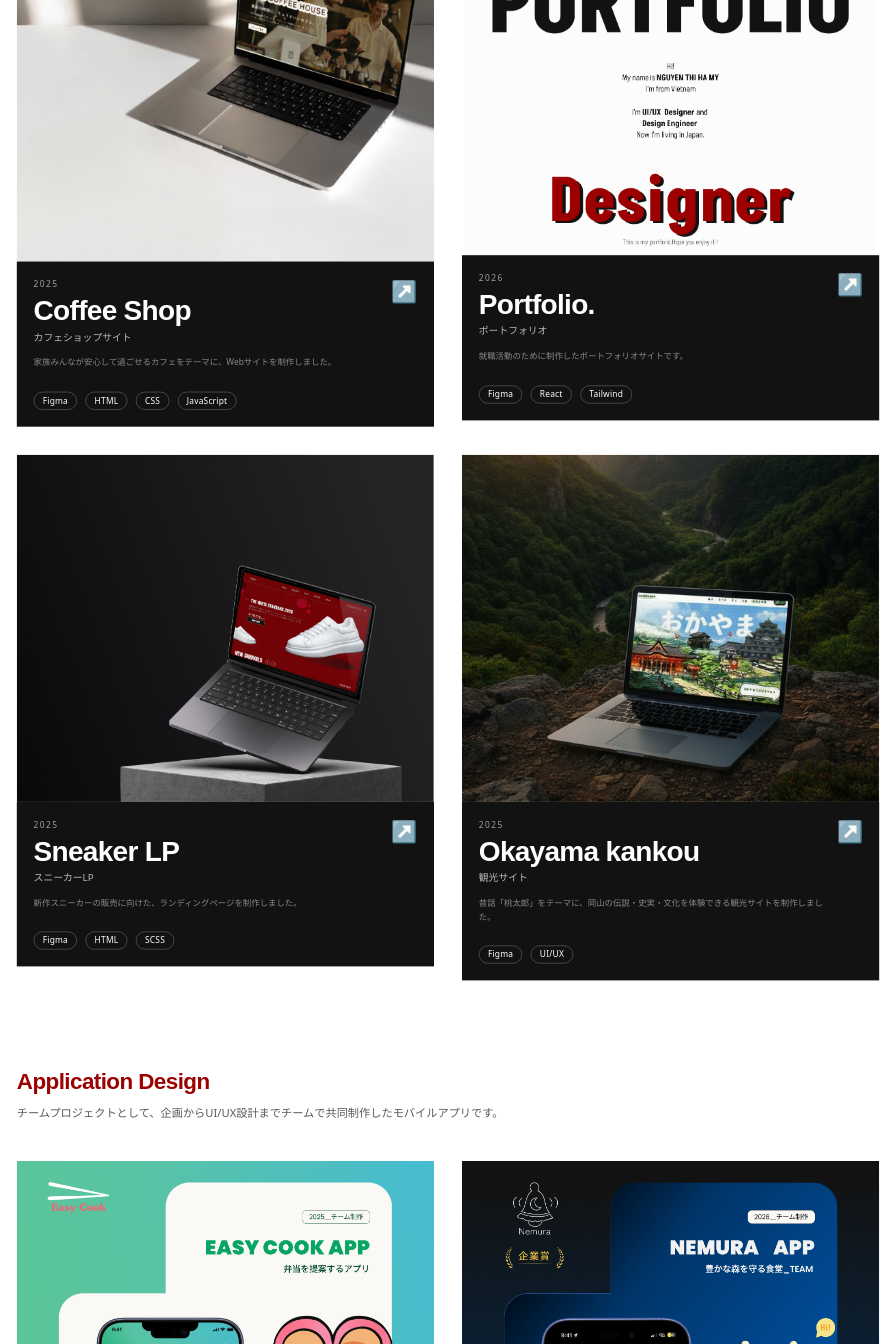
Repository: meme2603/Portfolio-HaMy
Page: / (app in my-portfolio/)
An editor plug-in stored every save of this project. The page is shown before and after the next save, followed by the edit.
The browser window is 1280 px wide. The pictures show the part of the page from y = 2121 to 4041 px (the page is 6210 px tall before and 5791 px after), at 70% of full size.
Some web fonts or font styles are not loaded; a fallback is used. The project was rebuilt for these pictures with package versions that can differ from the ones it lists, and the page was loaded fresh each time. Also part of the build but not shown: my-portfolio/vite.config.js, my-portfolio/src/pages/ProjectDetail.jsx.

Above is the page before, as saved 2026-06-12 15:30:34.

### my-portfolio/index.html
<!doctype html>
<html lang="ja">
  <head>
    <meta charset="UTF-8" />

    <link rel="icon" type="image/png" href="/memex2.png" />
    <meta name="viewport" content="width=device-width, initial-scale=1.0" />
    <title>My Portfolio</title>
    <link
      rel="stylesheet"
      href="https://fonts.googleapis.com/css2?family=Material+Symbols+Outlined:opsz,wght,FILL,GRAD@24,250,0,0"
    />
    <link rel="preconnect" href="https://fonts.googleapis.com" />
    <link rel="preconnect" href="https://fonts.gstatic.com" crossorigin />
    <link
      href="https://fonts.googleapis.com/css2?family=Akshar:wght@300..700&family=Poppins:wght@300;400;600;700&display=swap"
      rel="stylesheet"
    />
  </head>
  <body>
    <div id="root"></div>

    <script type="module" src="/src/main.jsx"></script>
  </body>
</html>

### my-portfolio/src/main.jsx
import React from "react";
import ReactDOM from "react-dom/client";
import App from "./App";
import "./index.css";

ReactDOM.createRoot(document.getElementById("root")).render(
  <React.StrictMode>
    <App />
  </React.StrictMode>,
);

### my-portfolio/src/App.jsx
// import React from "react";
import { BrowserRouter as Router, Routes, Route } from "react-router-dom";

import Header from "./components/Header";
import Hero from "./components/Hero";
import About from "./components/About";
import Projects from "./components/Projects";
import Skills from "./components/Skills";
import Contact from "./components/Contact";
import ProjectDetail from "./pages/ProjectDetail";
function Home() {
  return (
    <>
      <Hero />
      <About />
      <Projects />
      <Skills />
      <Contact />
    </>
  );
}

function App() {
  return (
    <Router>
      <div className="App">
        <Header />

        {/* Routes điều hướng: Ở trang nào thì lôi component đó ra */}
        <Routes>
          {/* Khi ở đường dẫn mặc định "/", hiển thị toàn bộ trang chủ */}
          <Route path="/" element={<Home />} />

          {/* Khi click vào project, nhảy sang trang chi tiết tạm thời này */}
          <Route path="/project/:id" element={<ProjectDetail />} />
        </Routes>
      </div>
    </Router>
  );
}

export default App;

### my-portfolio/src/index.css
@import "tailwindcss";
@theme {
  --color-primary: #9c0000;
  --color-background: #fff;
  --color-font: #121212;

  --opacity-overlay: 0.65;
  --opacity-glass: 0.1;

  --font-poppins: "Poppins", sans-serif;
  --font-akshar: "Akshar", sans-serif;
}
html {
  scroll-behavior: smooth;
}

### my-portfolio/src/components/Header.jsx
import { useState } from "react";
function MenuItem({ text }) {
  return (
    <li>
      <a
        href={`#${text.toLowerCase()}`}
        className="text-primary text-xl relative group transition-colors"
      >
        {text}
        <span
          className="
            absolute left-0 -bottom-[4px] w-0 h-[1px] bg-primary
            transition-all duration-300 group-hover:w-full
          "
        ></span>
      </a>
    </li>
  );
}

function Header() {
  const [isOpen, setIsOpen] = useState(false);
  const menuItems = ["About", "Projects", "Contact"];
  return (
    <header className="fixed top-0 left-0 w-full h-20 bg-background border-b border-gray-300 z-60">
      <div className="max-w-7xl mx-auto h-full px-6 flex justify-between items-center">
        <div className="shrink-0">
          <a
            href="/"
            className="text-4xl text-primary font-semibold font-akshar"
          >
            HA MY
          </a>
        </div>

        <nav className="hidden lg:block">
          <ul className="flex space-x-10">
            {menuItems.map((item) => (
              <MenuItem key={item} text={item} />
            ))}
          </ul>
        </nav>

        <button
          onClick={() => setIsOpen(!isOpen)}
          className="block lg:hidden text-primary focus:outline-none z-50"
          aria-label="Menu"
        >
          <svg
            xmlns="http://www.w3.org/2000/svg"
            className="h-8 w-8"
            fill="none"
            viewBox="0 0 24 24"
            stroke="currentColor"
          >
            <path
              strokeLinecap="round"
              strokeLinejoin="round"
              strokeWidth="2"
              d={isOpen ? "M6 18L18 6M6 6l12 12" : "M4 6h16M4 12h16M4 18h16"}
            />
          </svg>
        </button>

        <div
          className={`
            absolute top-24 left-0 w-full bg-background border-b border-gray-300
            flex flex-col items-center shadow-lg lg:hidden
            overflow-hidden transition-all duration-700 ease-in-out
            ${isOpen ? "max-h-96 opacity-100 py-8 space-y-6" : "max-h-0 opacity-0 py-0 space-y-0 border-none"}
          `}
        >
          <div className="flex flex-col items-center w-full py-6 space-y-6">
            <a
              href="#about"
              onClick={() => setIsOpen(false)}
              className="text-primary text-2xl transition-opacity duration-700"
            >
              About
            </a>
            <a
              href="#projects"
              onClick={() => setIsOpen(false)}
              className="text-primary text-2xl transition-opacity duration-700"
            >
              Projects
            </a>
            <a
              href="#contact"
              onClick={() => setIsOpen(false)}
              className="text-primary text-2xl transition-opacity duration-700"
            >
              Contact
            </a>
          </div>
        </div>
      </div>
    </header>
  );
}

export default Header;

### my-portfolio/src/components/Hero.jsx
import avatarImg from "../assets/avatar.png";

function Hero() {
  return (
    // Giữ nguyên cấu trúc ẩn phần thừa của bà
    <section className="relative w-full h-[calc(100vh-88px)] mt-24 bg-background overflow-hidden flex flex-col items-center justify-between pb-4">
      {/* 1. CHỮ PORTFOLIO TRÊN CÙNG */}
      <div className="w-full pt-4 z-20 shrink-0">
        <h1
          className="
            text-[80px]
            md:text-[130px]
            lg:text-[200px]
            font-bold
            font-akshar
            text-center
            leading-[0.7]
            text-font
            tracking-tighter
          "
        >
          PORTFOLIO
        </h1>
      </div>

      {/* 2. KHỐI GIỮA: THÊM flex-1 VÀ min-h-0 ĐỂ ÉP ĐỐNG NÀY TỰ CO GIÃN THÔNG MINH */}
      <div className="relative w-full max-w-[1440px] flex flex-col md:flex-row items-center md:items-end justify-center z-30">
        {/* LEFT */}
        <div className="flex-1 flex justify-center pb-8 md:pb-48 lg:pb-64">
          <div className="flex flex-col items-center text-center space-y-2">
            <p className="text-sm md:text-base lg:text-lg font-poppins">Hi!</p>
            <p className="text-sm md:text-base lg:text-lg font-poppins">
              My name is{" "}
              <span className="font-semibold text-base md:text-lg lg:text-xl font-poppins">
                NGUYEN THI HA MY
              </span>
            </p>
            <p className="text-base md:text-lg lg:text-xl font-light">
              I'm from VietNam
            </p>
          </div>
        </div>

        {/* AVATAR: Trả lại chiều cao gốc lg:h-[601px] to vật vã như cũ */}
        <div className="relative flex justify-center shrink-0 mb-4">
          <img
            src={avatarImg}
            alt="Ha My"
            className="
              block
              h-[300px]
              md:h-[550px]
              lg:h-[650px]
              object-cover

            "
          />
        </div>

        {/* RIGHT */}
        <div className="flex-1 flex justify-center pb-8 md:pb-48 lg:pb-64">
          <div className="flex flex-col text-center space-y-2">
            <p className="text-base md:text-lg lg:text-xl font-light">
              I'm{" "}
              <span className="font-semibold text-base md:text-lg lg:text-xl">
                UI/UX Designer
              </span>{" "}
              and
            </p>
            <p className="text-base md:text-lg lg:text-xl font-semibold font-poppins">
              Design Engineer
            </p>
            <p className="text-sm md:text-base lg:text-lg font-light font-poppins">
              Now I'm living in Japan.
            </p>
          </div>
        </div>
      </div>

      {/* 3. THANH ĐEN ĐÁY TRANG */}
      <div className="absolute h-14 bottom-0 left-0 w-full bg-font py-3 md:py-4 z-40"></div>

      {/* 4. CHỮ DESIGNER CỐ ĐỊNH Ở ĐÁY */}
      <div className="relative w-full mt-0 md:mt-0 lg:-mt-40 z-40 pointer-events-none">
        <div className="relative flex justify-center leading-none">
          <span
            className="
              absolute
              inset-0
              flex
              justify-center
              translate-x-[4px]
              translate-y-[4px]
              text-[60px]
              sm:text-[80px]
              md:text-[110px]
              lg:text-[180px]
              font-bold
              font-akshar
              tracking-tighter
              text-font
            "
          >
            Designer
          </span>

          <h2
            className="
              relative
              text-[60px]
              sm:text-[80px]
              md:text-[110px]
              lg:text-[180px]
              font-bold
              font-akshar
              tracking-tighter
              text-primary
            "
          >
            Designer
          </h2>
        </div>
      </div>
    </section>
  );
}

export default Hero;

### my-portfolio/src/components/About.jsx
import aboutImg from "../assets/about.jpg";
function About() {
  return (
    <section
      id="about"
      className="relative w-full h-auto py-24 bg-background overflow-hidden mt-16"
    >
      <div className="max-w-7xl mx-auto px-6 md:px-10">
        {/* TITLE */}
        <div className="mb-16">
          <h1 className="text-5xl md:text-6xl lg:text-7xl font-bold font-akshar text-font leading-none">
            ABOUT ME
          </h1>

          <div className="w-[80px] md:w-[100px] lg:w-[120px] lg:h-[6px] md:h-[5px] h-[4px] bg-primary mt-1"></div>
        </div>

        {/* CONTENT */}
        <div className="flex flex-col lg:flex-row items-center lg:items-start gap-16">
          {/* LEFT */}
          <div className="w-full lg:w-[380px] shrink-0">
            <div className="bg-white rounded-2xl shadow-md p-5">
              <img
                src={aboutImg}
                alt="About Me"
                className="w-full  h-[300px] object-cover rounded-xl"
              />

              <div className="mt-5">
                <h2 className="text-3xl font-akshar font-bold tracking-wide text-font">
                  NGUYEN THI HA MY
                </h2>

                <p className="text-font/70 text-lg mt-1">2001.03.30</p>
              </div>

              <div className="flex gap-3 mt-6">
                <span className="border border-font rounded-full px-4 py-2 text-sm">
                  UI/UX Designer
                </span>

                <span className="border border-font rounded-full px-4 py-2 text-sm">
                  Design Engineer
                </span>
              </div>
            </div>
          </div>

          {/* RIGHT */}
          <div className="flex-1 max-w-[760px]">
            <h2 className="text-2xl md:text-3xl font-semibold font-akshar text-primary tracking-[4px] mb-8">
              PROFILE!!
            </h2>

            <div className="space-y-6 text-font leading-[2.2] text-sm md:text-base lg:text-lg">
              <p>
                ベトナム出身の
                <span className="font-semibold">
                  グエン ティ ハ ミー（ NGUYEN THI HA MY）
                </span>
                です。
              </p>

              <p>
                現在は専門学校で、
                <span className="font-semibold">デザインやコーディング </span>
                について学びながらWeb制作やフロントエンド技術の基礎を学んでおります。
              </p>

              <p>
                2021年に来日し、最初の1年間は日本語学校で日本語を学びました。
                <br />
                その後、ビジネス専門学校に進学し、日本の文化やビジネスマナー、コミュニケーション力を身につけてまいりました。
                その中で、コンピュータの授業を通して、Webデザインという職業があることを初めて知り、興味を持つようになりました。
              </p>

              <p>
                留学生として日本とベトナム両方の文化に触れてきた経験を活かし、将来はユーザーの多様な視点やニーズを理解し、最適な体験をデザインする
                <span className="font-semibold text-primary text-xl">
                  UI/UXデザイナー
                </span>
                を目指しております。
              </p>
            </div>
          </div>
        </div>
      </div>
    </section>
  );
}
export default About;

### my-portfolio/src/components/Projects.jsx
import ProjectSection from "./ProjectSection";
import { websiteProjects, appProjects } from "../data/ProjectsData";

function Projects() {
  return (
    <section id="projects" className="pt-20 bg-background">
      <div className="max-w-7xl mx-auto px-6">
        <h1 className="text-5xl md:text-6xl lg:text-7xl font-akshar font-bold text-font">
          PROJECTS
        </h1>
        <div className="w-[80px] md:w-[100px] lg:w-[120px] lg:h-[6px] md:h-[5px] h-[4px] bg-primary mt-1 mb-20"></div>
        <ProjectSection
          title="Website Design"
          description="学校で学んだ知識を活かし、企画からデザイン、コーディングまで一貫して制作したWebプロジェクトです。"
          projects={websiteProjects}
        />
        <ProjectSection
          title="Application Design"
          description="チームプロジェクトとして、企画からUI/UX設計までチームで共同制作したモバイルアプリです。"
          projects={appProjects}
        />
      </div>
    </section>
  );
}

export default Projects;

### my-portfolio/src/components/Skills.jsx
import { skillData } from "../data/ProjectsData";

function Skill() {
  return (
    <section className="w-full pt-20 pb-16">
      <div className="max-w-7xl mx-auto px-6 pb-10">
        <h2 className="text-5xl md:text-6xl lg:text-7xl font-bold font-akshar text-font leading-none">
          SKILL
        </h2>

        <div className="w-[80px] md:w-[100px] lg:w-[120px] lg:h-[6px] md:h-[5px] h-[4px] bg-primary mt-1"></div>
      </div>

      <div className="max-w-7xl mx-auto px-16 space-y-16">
        {skillData.map((group, index) => (
          <div key={index}>
            <h3 className="text-base font-medium text-font/50 mb-6 tracking-wide italic">
              {group.category}
            </h3>

            <ul className="space-y-4 pl-4">
              {group.skills.map((skill, sIndex) => (
                <li key={sIndex} className="list-disc text-font/90 text-lg">
                  <span className="font-bold text-font">{skill.name}</span>
                  <span className="text-font/80 font-light">
                    : {skill.status} {skill.desc}
                  </span>
                </li>
              ))}
            </ul>
          </div>
        ))}
      </div>
    </section>
  );
}

export default Skill;

### my-portfolio/src/components/Contact.jsx
import { FaFacebook, FaInstagram, FaGithub } from "react-icons/fa";

function Contact() {
  return (
    <section
      id="contact"
      className="bg-font text-background py-6 overflow-hidden mt-20"
    >
      <div className="max-w-7xl mx-auto pt-6">
        <h1
          className="
                text-center
                font-akshar
                font-bold
                leading-none
                tracking-tight
                text-[70px]
                sm:text-[100px]
                md:text-[140px]
                lg:text-[180px]
                "
        >
          CONTACT ME
        </h1>
        <p
          className="
                text-center
                text-sm
                md:text-base
                text-white/80
                mt-4
                mb-10
                "
        >
          ご質問やご依頼など、お気軽にご連絡ください。
        </p>

        <form
          action="https://formspree.io/f/xnjzqegr"
          method="POST"
          className="max-w-3xl mx-auto px-6 md:px-0"
        >
          <input
            type="text"
            name="name"
            placeholder="お名前 (Name)"
            required
            className="
                    w-full
                    bg-background
                    text-font
                    rounded-md
                    px-6
                    py-4
                    mb-4
                    outline-none
                "
          />
          <input
            type="email"
            name="email"
            placeholder="メールアドレス (Email)"
            required
            className="
                    w-full
                    bg-white
                    text-black
                    rounded-md
                    px-6
                    py-4
                    mb-4
                    outline-none
                "
          />
          <textarea
            name="message"
            placeholder="メッセージ内容 (Message)"
            rows="5"
            className="
                    w-full
                    bg-white
                    text-black
                    rounded-md
                    px-6
                    py-4
                    outline-none
                    resize-none
                "
          ></textarea>

          <div className="flex justify-center mt-6">
            <button
              type="submit"
              className="
                    bg-background
                    text-primary
                    px-14
                    py-3
                    rounded-md
                    font-semibold
                    transition-all
                    duration-300
                    hover:scale-105
                    "
            >
              送信する
            </button>
          </div>
        </form>

        <div className="flex justify-center gap-8 mt-14 text-4xl">
          <a href="/" className="hover:scale-110 transition-all duration-300">
            <FaFacebook />
          </a>

          <a href="/" className="hover:scale-110 transition-all duration-300">
            <FaInstagram />
          </a>

          <a
            href="https://github.com/"
            className="hover:scale-110 transition-all duration-300"
          >
            <FaGithub />
          </a>
        </div>

        <p
          className="
                text-center
                text-sm
                text-background/70
                mt-4
                "
        >
          © Copyright by NguyenHaMy 2026
        </p>
      </div>
    </section>
  );
}

export default Contact;

### my-portfolio/src/components/ProjectSection.jsx
import ProjectCard from "./ProjectCard";

function ProjectSection({ title, description, projects }) {
  return (
    <section className="mb-32">
      <h2
        className="
          text-[32px]
          leading-none
          font-bold
          font-akshar
          tracking-tight
          text-primary
        "
      >
        {title}
      </h2>

      <p
        className="
          mt-4
          text-font/70
          leading-relaxed
        "
      >
        {description}
      </p>

      <div className="grid grid-cols-1 md:grid-cols-2 gap-10 mt-14">
        {projects.slice(0, 4).map((project, index) => (
          <ProjectCard
            id={project.id}
            key={index}
            year={project.year}
            title={project.title}
            titleJP={project.titleJP}
            description={project.desc}
            tags={project.tags}
            image={project.img}
          />
        ))}
      </div>
    </section>
  );
}

export default ProjectSection;

### my-portfolio/src/components/ProjectCard.jsx
import { Link } from "react-router-dom";

// ProjectCard = component dùng để hiển thị 1 project card
function ProjectCard({ id, year, title, titleJP, description, tags, image }) {
  return (
    <Link to={`/project/${id}`} className="block flex flex-col h-full group">
      <div className="group flex flex-col h-full cursor-pointer ">
        <div className="overflow-hidden bg-font">
          <img
            src={image}
            alt={title}
            className="
            w-full
            object-cover
            transition-all
            duration-500
            group-hover:scale-105
            group-hover:opacity-90
          "
          />
        </div>

        <div className="bg-font text-background px-6 py-6 ">
          <div className="flex items-start justify-between">
            <div>
              <p className="text-[12px] tracking-[2px] text-background/60 ">
                {year}
              </p>

              <h3
                className="
                text-[40px]
                leading-none
                font-bold
                font-akshar
                tracking-tight
                mt-2
              "
              >
                {title}
              </h3>

              <p className="text-sm text-background/70 mt-2">{titleJP}</p>

              <p className="text-xs text-background/50 leading-relaxed mt-4">
                {description}
              </p>
            </div>

            <div
              className="
              text-3xl
              transition-transform
              duration-300
              group-hover:translate-x-1
              group-hover:-translate-y-1
            "
            >
              ↗
            </div>
          </div>

          <div className="mt-8 flex items-center gap-3 flex-wrap">
            {tags &&
              tags.map((tag, index) => (
                <span
                  key={index}
                  className="
                border
                border-background/30
                rounded-full
                px-3
                py-1
                text-xs
                tracking-wide
              "
                >
                  {tag}
                </span>
              ))}
          </div>
        </div>
      </div>
    </Link>
  );
}

export default ProjectCard;

Loaded but not shown: my-portfolio/src/data/ProjectsData.js (227 lines, source omitted)

After the next save:
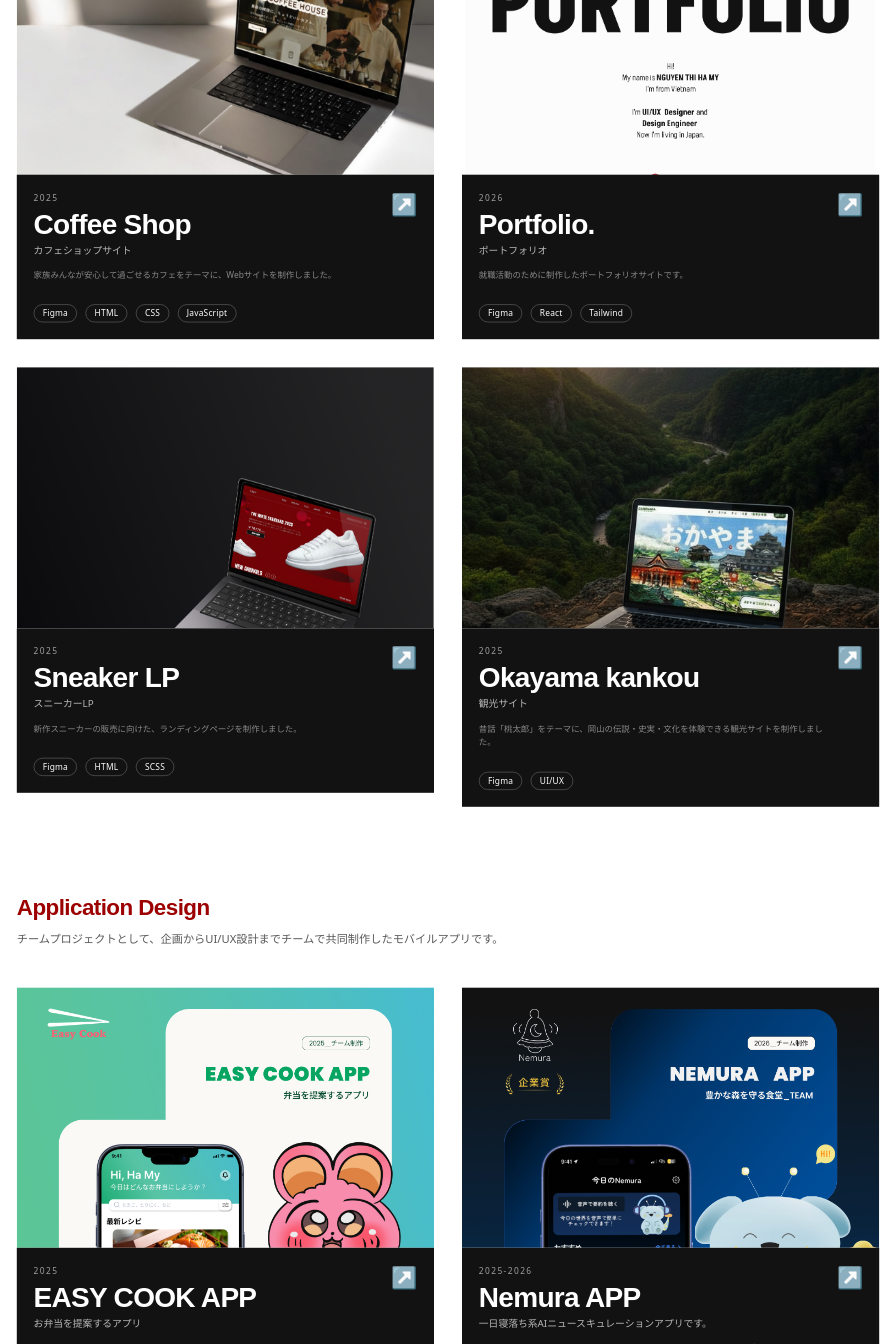
Saved 49 s later.
--- a/my-portfolio/src/components/ProjectCard.jsx
+++ b/my-portfolio/src/components/ProjectCard.jsx
@@ -5,7 +5,7 @@ function ProjectCard({ id, year, title, titleJP, description, tags, image }) {
   return (
     <Link to={`/project/${id}`} className="block flex flex-col h-full group">
       <div className="group flex flex-col h-full cursor-pointer ">
-        <div className="overflow-hidden bg-font">
+        <div className="overflow-hidden bg-font aspect-[16/10] w-full">
           <img
             src={image}
             alt={title}
